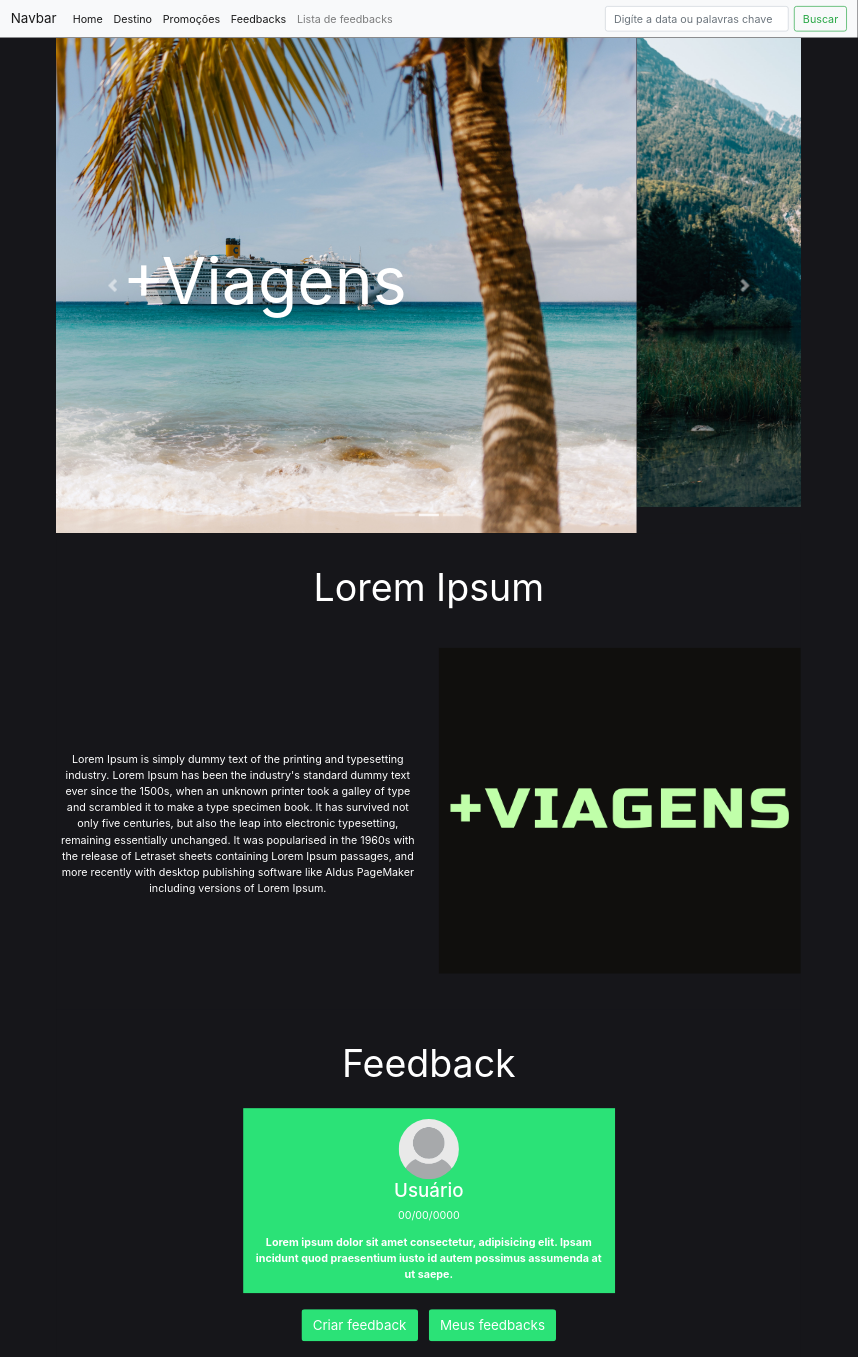
Repository: JulioSantooz/maisViagensSegundaVersao
Page: java-web(eclipse)/java-crud-mais-viagens/src/main/webapp/index.html
An editor plug-in stored every save of this project. The page is shown before and after the next save, followed by the edit.
The browser window is 1280 px wide. The pictures show the whole page, at 67% of full size.
Some web libraries are served in a nearby version.

Above is the page before, as saved 2022-02-07 16:52:49.

After the next save:
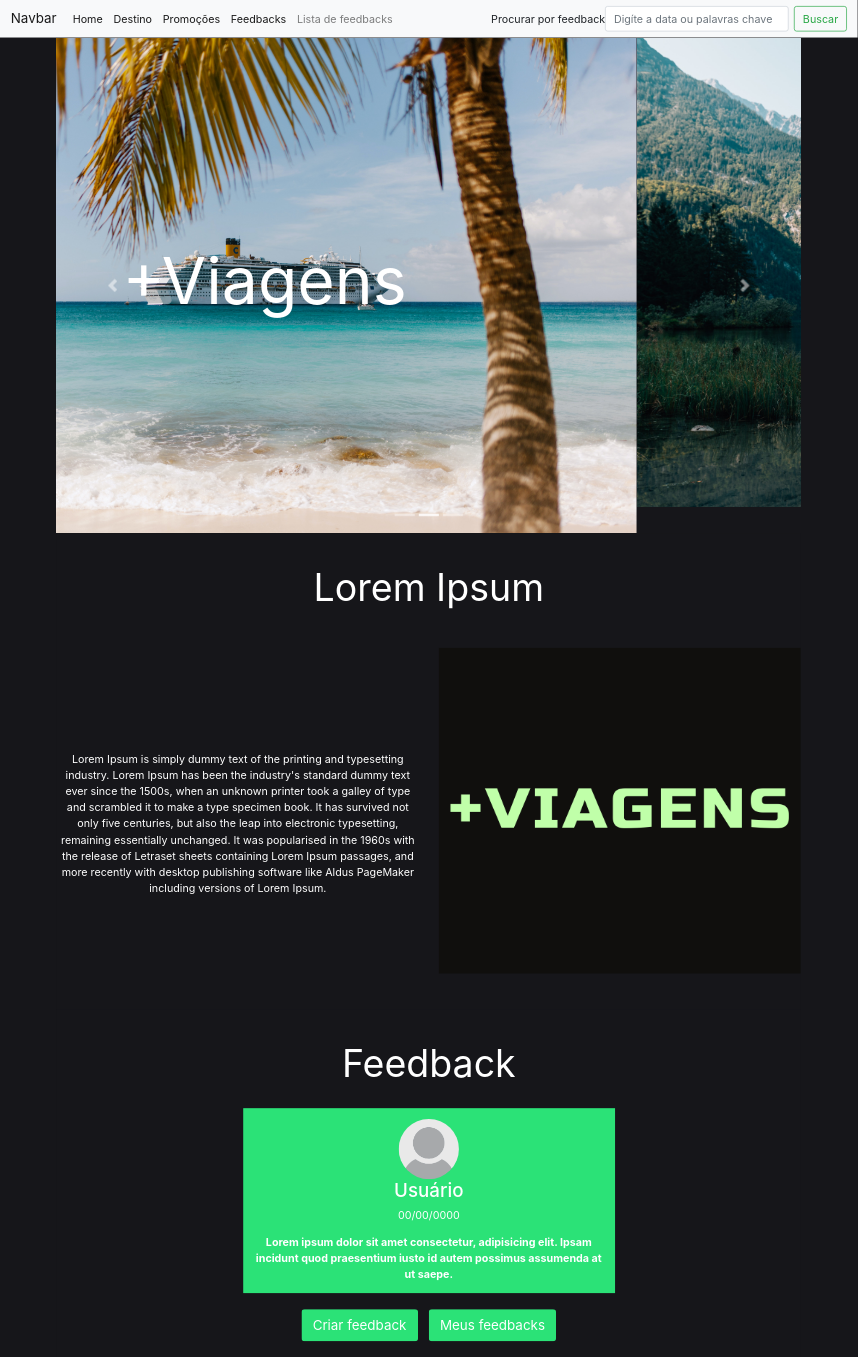
Saved 48 s later.
--- a/java-web(eclipse)/java-crud-mais-viagens/src/main/webapp/index.html
+++ b/java-web(eclipse)/java-crud-mais-viagens/src/main/webapp/index.html
@@ -32,6 +32,7 @@
       </li>
     </ul>
     <form action="CreateAndFind" method="GET" class="form-inline my-2 my-lg-0">
+      <span>Procurar por feedback</span>
       <input name="pesquisa" class="form-control mr-sm-2" type="search" placeholder="Digíte a data ou palavras chave" aria-label="Search">
       <button class="btn btn-outline-success my-2 my-sm-0" type="submit">Buscar</button>
     </form>
